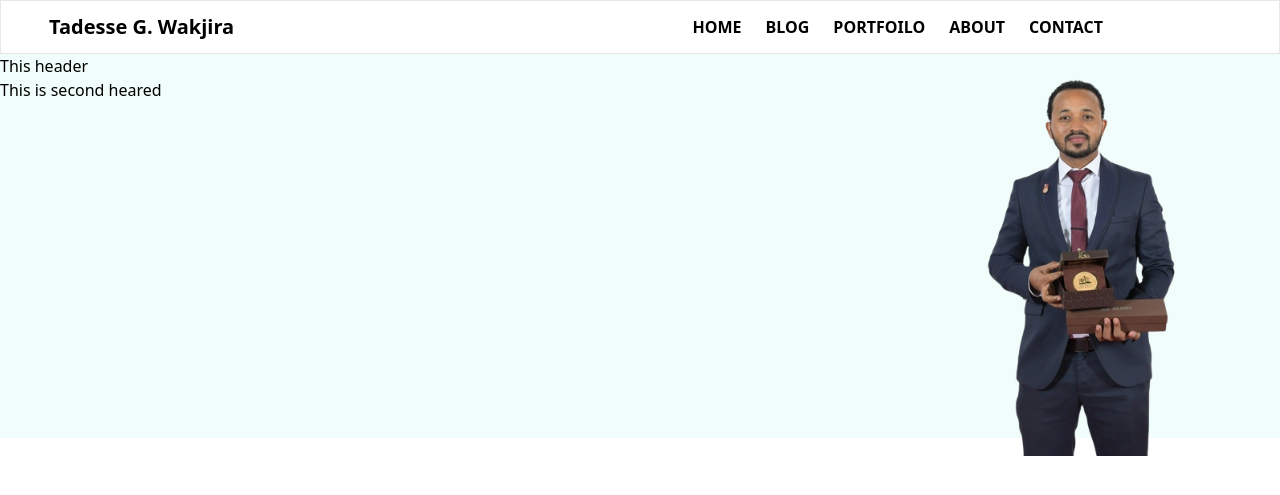
Repository: Elias-Kibret/Tade-portfoilo
Page: /
An editor plug-in stored every save of this project. The page is shown before and after the next save, followed by the edit.
The browser window is 1280 px wide. The pictures show the whole page.
The project was rebuilt for these pictures with package versions that can differ from the ones it lists, and the page was loaded fresh each time. The framework's server and built-in components were replaced by stand-ins that run in the browser. Also part of the build but not shown: next.config.js.

Above is the page before, as saved 2022-06-27 06:46:51.

### pages/index.tsx
import type { NextPage } from 'next'
import Head from 'next/head'
import Image from 'next/image'
import Header from '../components/Header'
import Hero from '../components/Hero'
const Home: NextPage = () => {
  return (
    <div>
      <Head>
        <title>Create Next App</title>
        <link rel="icon" href="/favicon.ico" />
      </Head>
      <Header/>
      <Hero/>
    </div>
  )
}

export default Home

### components/Header.tsx
import Head from "next/head"
import Link from "next/link"
import Image from "next/image"
import Logo from '../public/Img/Tadesse.jpg'
const Header = () => {
  return (
<header className="font-semibold  px-12 py-3 shadow border ">
   <div className="flex justify-between items-center">
      <div className="flex items-center space-x-4">
    <span className="text-xl">Tadesse G. Wakjira</span>
      </div>
      <div className="mr-32">
        <nav className="flex list-none space-x-6  hidden md:inline-flex text-black-200">
            <li >
                <Link href="">
                    <a> HOME</a>
                </Link>
            </li>
            <li>
                <Link href="">
                    <a> BLOG</a>
                </Link>
            </li>
            <li>
                <Link href="">
                    <a> PORTFOILO</a>
                </Link>
            </li>
            <li>
                <Link href="">
                    <a> ABOUT</a>
                </Link>
            </li>
            <li>
                <Link href="">
                    <a> CONTACT</a>
                </Link>
            </li>
        </nav>
      </div>
    </div>
</header>
  )
}

export default Header

### components/Hero.tsx
import heroImage from '../public/Img/heroImage.png'
import Image from 'next/image'
const Hero = () => {
  return (
<main className="h-96 bg-teal-50 flex justify-between">

    <div className=' w-100'>
      <h1>
        This header
      </h1>
      <h2>
         This is second heared
      </h2>
    </div>
    <div >
      <Image src={heroImage} className="object" width={400} height={400}/>    </div>
</main>
  )
}

export default Hero

Loaded but not shown: pages/_app.tsx (common file); styles/globals.css (common file); tailwind.config.js (common file)

After the next save:
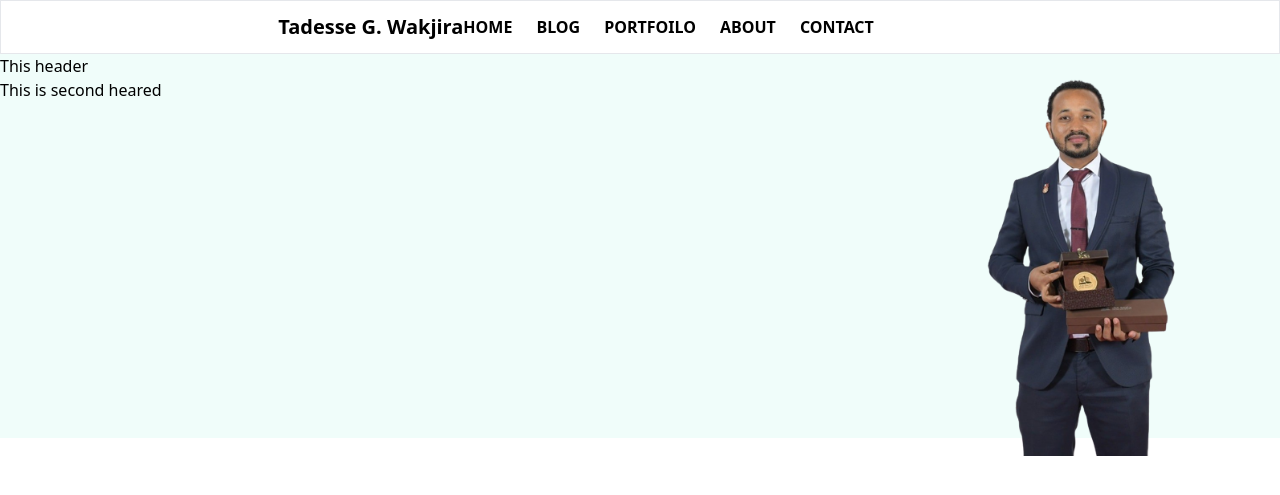
Saved 14 s later.
--- a/components/Header.tsx
+++ b/components/Header.tsx
@@ -5,7 +5,7 @@
 const Header = () => {
   return (
 <header className="font-semibold  px-12 py-3 shadow border ">
-   <div className="flex justify-between items-center">
+   <div className="flex justify-center items-center">
       <div className="flex items-center space-x-4">
     <span className="text-xl">Tadesse G. Wakjira</span>
       </div>

After the save that followed:
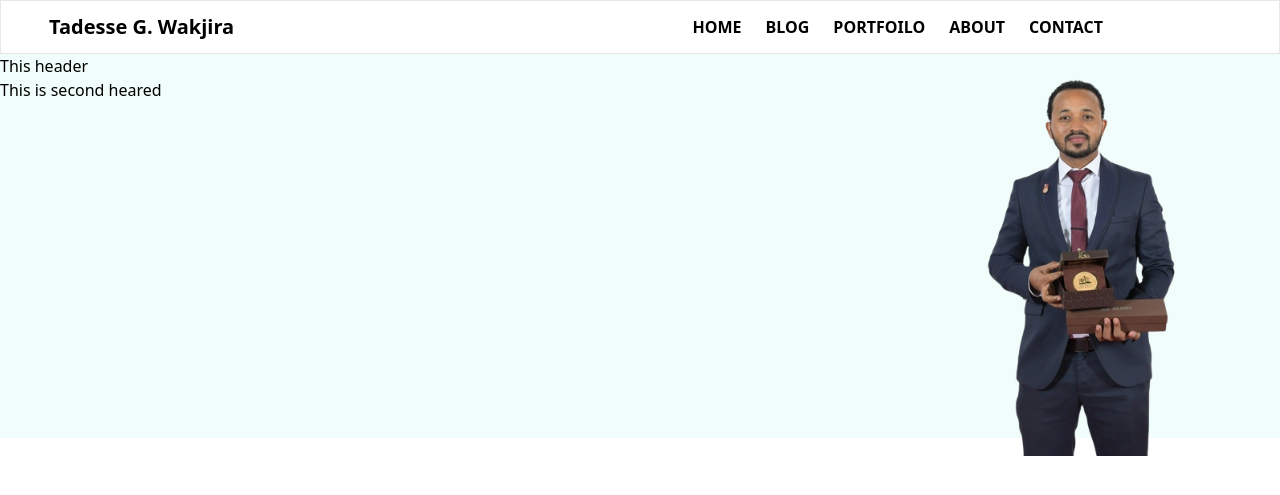
Saved 6 s later.
--- a/components/Header.tsx
+++ b/components/Header.tsx
@@ -5,7 +5,7 @@
 const Header = () => {
   return (
 <header className="font-semibold  px-12 py-3 shadow border ">
-   <div className="flex justify-center items-center">
+   <div className="flex justify-between items-center">
       <div className="flex items-center space-x-4">
     <span className="text-xl">Tadesse G. Wakjira</span>
       </div>
